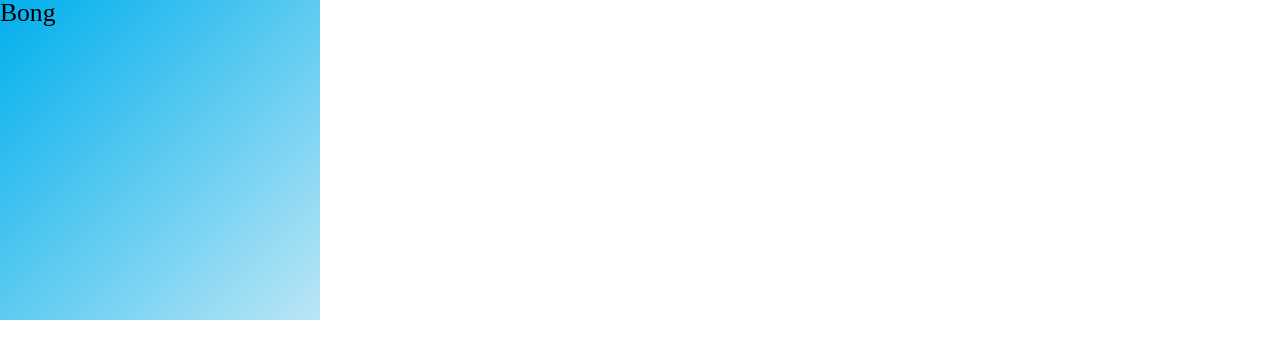
Repository: ThanhPhongsof/Css-Course
Page: index.html
An editor plug-in stored every save of this project. The page is shown before and after the next save, followed by the edit.
The browser window is 1280 px wide. The pictures show the whole page.

Above is the page before, as saved 2022-05-15 11:16:09.

After the next save:
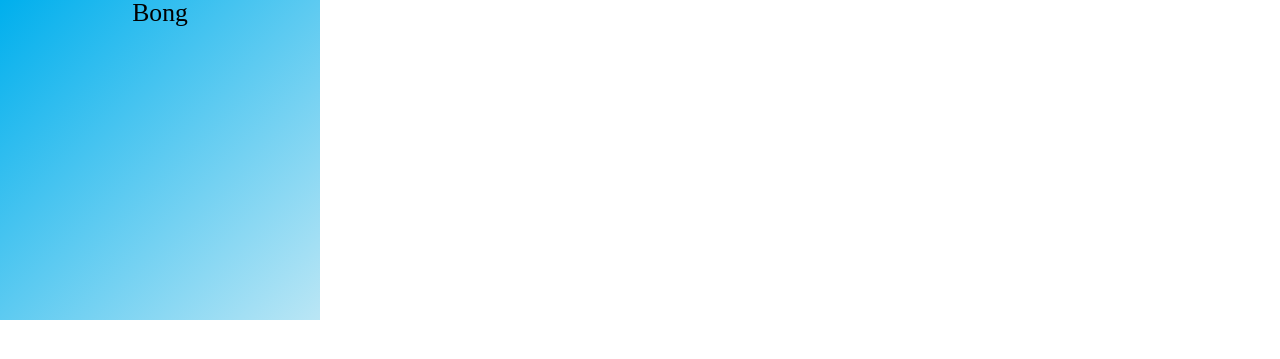
Saved 4 s later.
--- a/styles.css
+++ b/styles.css
@@ -6,8 +6,5 @@
 
 .title {
   font-size: 1.6rem;
-  display: inline-block;
   text-align: center;
-  align-items: center;
-  justify-content: center;
 }

After the save that followed:
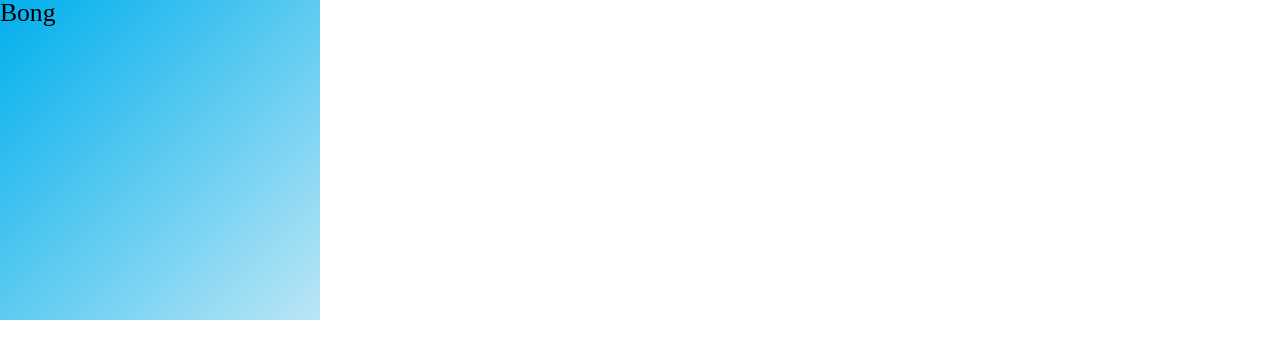
Saved 31 s later.
--- a/styles.css
+++ b/styles.css
@@ -5,6 +5,8 @@
 }
 
 .title {
+  display: inline-block;
   font-size: 1.6rem;
   text-align: center;
+  color: linear-gradient(to right bottom, #00afed, #bae6f5);
 }
